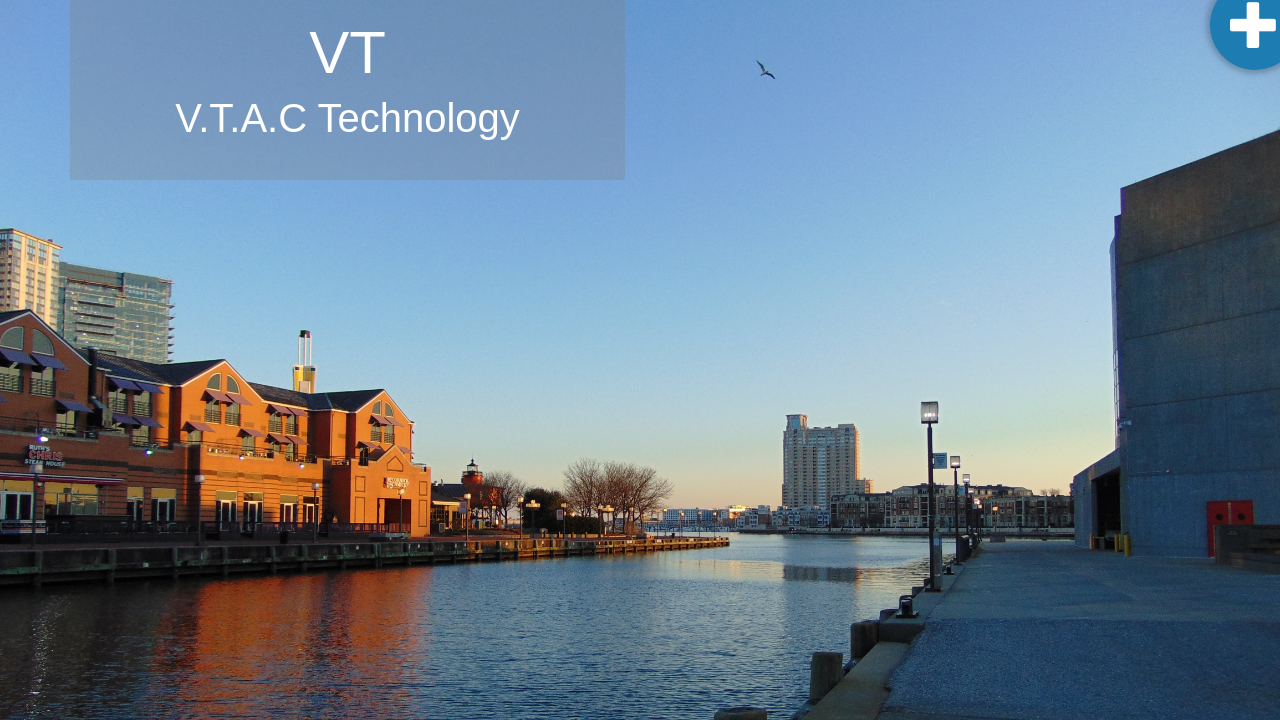
Repository: danidark9312/vtac
Page: http://localhost/vtacTechnology/
These files come from the project's save history. The page is drawn as it stood at one moment and after the next save; the edit follows.
The browser window is 1280 px wide. The pictures show the whole page.
The page is served by Tomcat 9.

Above is the page before, as saved 2017-01-30 18:14:41.
Console error (its wording comes from the project's code and is left out).

### vtacTechnology/WebContent/index.jsp
<%@ page language="java" contentType="text/html; charset=ISO-8859-1"
    pageEncoding="ISO-8859-1"%>
<!DOCTYPE html PUBLIC "-//W3C//DTD HTML 4.01 Transitional//EN" "http://www.w3.org/TR/html4/loose.dtd">
<html>
<head>
	<meta http-equiv="Content-Type" content="text/html; charset=ISO-8859-1">
	<title>VTAC Tehnology</title>

	<link href="bootstrap/css/bootstrap.min.css" rel="stylesheet">
 	<script src="bootstrap/js/bootstrap.min.js"> </script>
 	<script src="jquery/jquery.min.js" ></script>
 	<script src="js/menu.js" ></script>

 	<link href="css/common.css" rel="stylesheet" />

</head>
<body>
<div class="menuContainer">
<div class="floatingMenu" onclick="openMenu()">
 <span class="glyphicon glyphicon-plus" aria-hidden="true"></span>
</div>
	<div class="optionGroup">
		<div class="option">Services</div>
		<div class="option">Portfolio</div>
		<div class="option">Contact</div>
	</div>

</div>
	<div class="container">
		<div class="row">
			<div class="col-md-6 col-xs-6">
				<div class="mainLogo">
					<h1>VT</h1>
					<h2>V.T.A.C Technology</h2>
					<br/>
				</div>
			</div>
		</div>
	</div>


</body>
</html>

### vtacTechnology/WebContent/js/menu.js
/**
 *
 */

$(document).ready(function(){
// function for the floating button when cursor leave the button, must hide all options
})

function openMenu(){
	$(".optionGroup .option").toggleClass("shown");
}

### vtacTechnology/WebContent/css/common.css

@CHARSET "ISO-8859-1";


:root {
  --main-color: #1d7db3;
  --main-color-highlighted: #e8a05d;
  --caption-color : rgba(128, 128, 128, 0.29);
}

*{
	font-family: "Comic Sans MS", cursive, sans-serif;
}

.menuContainer{
	position : fixed;
	right: 0px;
	top: 0px;
}

.floatingMenu{
	    background-color: var(--main-color);
    color: white;
    width: 90px;
    height: 90px;
    text-align: center;
    padding: 18px;
    border-radius: 100%;
    box-shadow: 0px 0px 5px 4px rgba(0, 0, 0, 0.18), 0px 4px 12px -7px rgba(0, 0, 0, 0.15);

    -webkit-transition: all .1s ease-out;
    position: absolute;
    right: -20px;
    top: -20px;
    cursor: pointer;
}


.menuContainer .optionGroup{
	        padding: 5px 0;
	        margin-top: 12px;
    font-size: 23px;
    position: absolute;
    top: 70px;
    right: 0px;;
}

.floatingMenu:hover{
	right: 0px;
	top: 0px;
	background-color: var(--main-color-highlighted);
	box-shadow: 0px 0px 14px 6px rgba(0, 0, 0, 0.18), 0px 4px 12px -7px rgba(0, 0, 0, 0.15);
}

.floatingMenu span{
	font-size: 50px;
}

.menuContainer .option{
	    padding: 5px 10px;
    font-size: 23px;
    background: var(--main-color);;
    color: white;
    border-top-left-radius: 20px;
    border-bottom-left-radius: 20px;
    box-shadow: 0px 5px 11px -2px rgba(0, 0, 0, 0.18), 0px 4px 12px -7px rgba(0, 0, 0, 0.15);
    -webkit-transition: all .2s ease-out;
    opacity: 0;
    cursor: pointer;
}
.menuContainer .option:hover{
    background-color: var(--main-color-highlighted);
}

.menuContainer .option.shown{
	opacity: 1;
	margin-top: 5px;
}




body {
	background: #ffffff url("../img/background2.jpg") no-repeat right top;
	background-size: cover;
}

.mainLogo{
	    text-align: center;
    padding: 10px;
    /* background-color: var(--main-color);*/
    background-color: var(--caption-color);
    color: white;

    /* border-radius: 50%;*/
}

.mainLogo h1{
	font-size: 60px;
	margin-top: 10px;
}

.mainLogo h2{
	font-size: 40px;
	margin-top: 0px;
}

Loaded but not shown: vtacTechnology/WebContent/bootstrap/css/bootstrap.min.css (library); vtacTechnology/WebContent/bootstrap/js/bootstrap.min.js (library); vtacTechnology/WebContent/jquery/jquery.min.js (library)

After the next save:
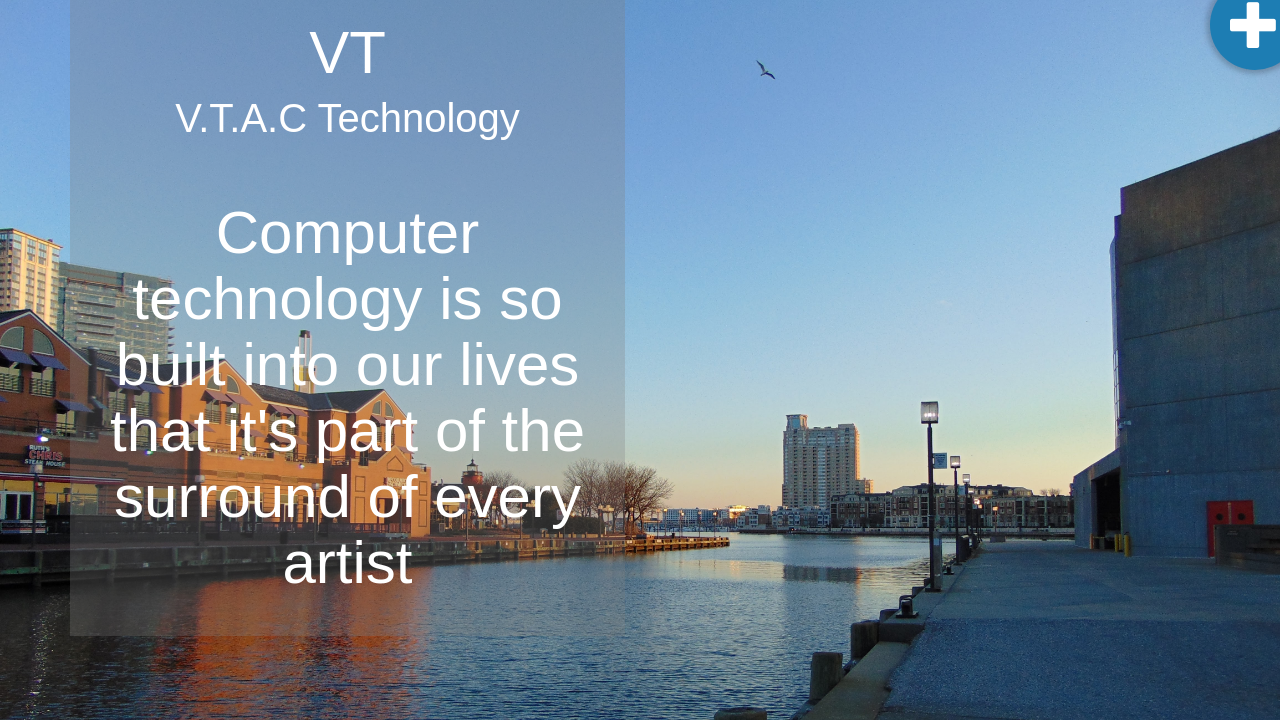
Saved 2 min 55 s later.
--- a/vtacTechnology/WebContent/index.jsp
+++ b/vtacTechnology/WebContent/index.jsp
@@ -36,6 +36,15 @@
 				</div>
 			</div>
 		</div>
+
+		<div class="row">
+			<div class="col-md-6 col-xs-6">
+				<div class="mainLogo">
+					<h1>Computer technology is so built into our lives that it's part of the surround of every artist</h1>
+					<br/>
+				</div>
+			</div>
+		</div>
 	</div>
 
 
